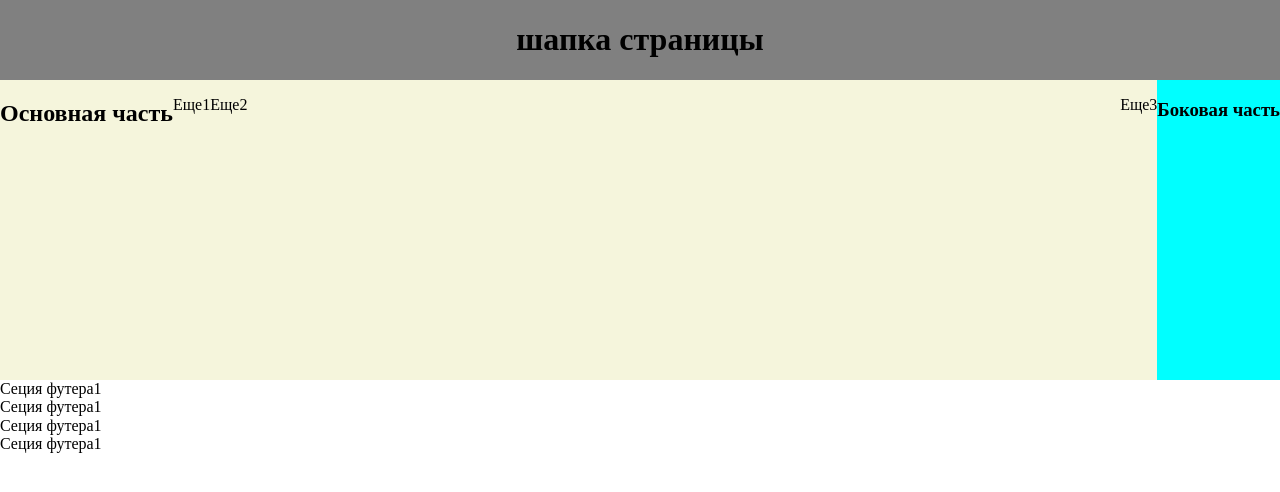
Repository: IrinaGetmanenko/week5
Page: week5/index.html
The author's editor kept a copy of each file at every save. The page is drawn from the files as they stood at one save, then again after the next save.
The browser window is 1280 px wide. The pictures show the whole page.

Above is the page before, as saved 2022-08-27 20:58:44.

### week5/index.html
<!DOCTYPE html>
<html lang="en">
<head>
    <meta charset="UTF-8">
    <meta http-equiv="X-UA-Compatible" content="IE=edge">
    <meta name="viewport" content="width=device-width, initial-scale=1.0">
    <link rel="stylesheet" href="normalize.css">
    <title>Document</title>
    <style>
        .h1{
           display: flex;
           justify-content: center;
           height: 80px;
           background-color: gray;
        }
        .container1{
            display: flex;
            justify-content: flex-start;
            height: 300px;
            background-color: beige;
        }
        .main1{
            display: flex;

            height: 20px;
            border: 20px;
            color: rgb(27, 102, 167);
        }
        .main2{
            display: flex;

}
.main3{
    display: flex;
    flex: 1;
}

.aside{
    display: flex;
    justify-content: flex-end;
    height: 300px;
    weight:300px;
    background-color: aqua;



}
    </style>
</head>
<body>
    <header>
        <div class="h1">
            <h1>шапка страницы</h1>
    </header>

    <main>
        <div class="container1"><h2>Основная часть</h2>

        <div class="main1"></div>
        <p>Еще1</p>

        <div class="main2"></div>
        <p>Еще2</p>

        <div class="main3"></div>
        <p>Еще3</p>
        <div class="aside"> <h3>Боковая часть</h3>
        </div>
    </div>

    </main>



    <footer>
        <div>Сеция футера1</div>
        <div>Сеция футера1</div>
        <div>Сеция футера1</div>
        <div>Сеция футера1</div>
    </footer>


</body>
</html>

Loaded but not shown: week5/normalize.css (library)

After the next save:
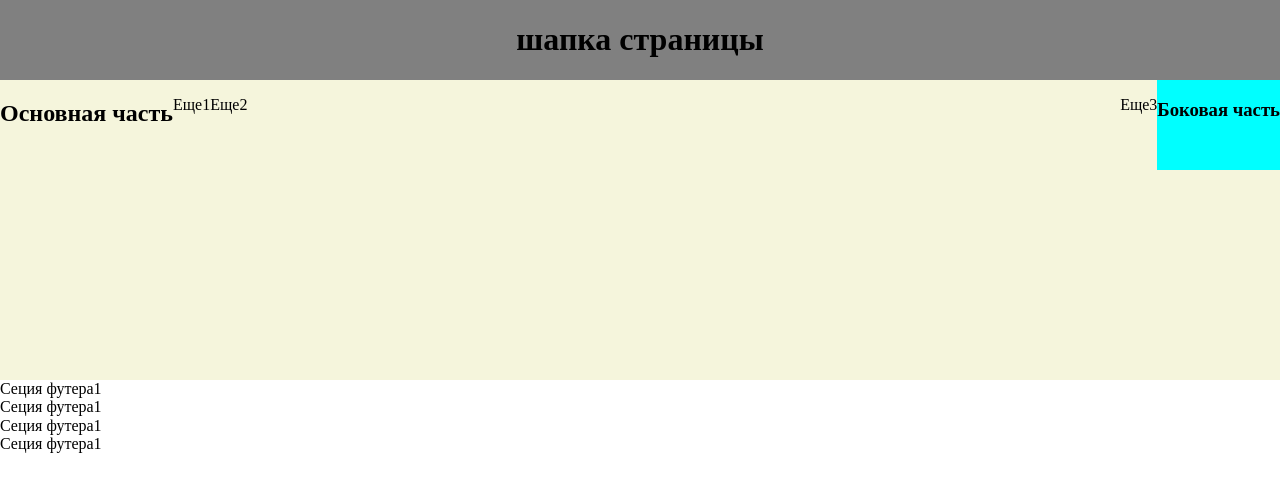
Saved 34 s later.
--- a/week5/index.html
+++ b/week5/index.html
@@ -38,8 +38,7 @@
 .aside{
     display: flex;
     justify-content: flex-end;
-    height: 300px;
-    weight:300px;
+    height: 30%;
     background-color: aqua;
 
 
